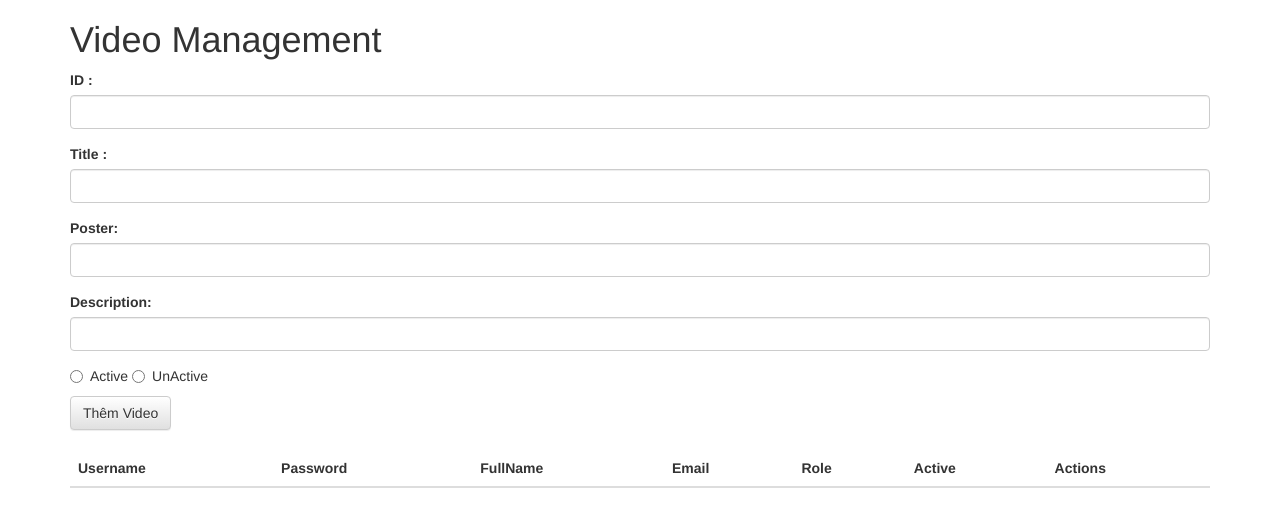
Repository: Hacorbie/Java-Servlet
Page: http://localhost/ASM_JV4/views/User.jsp
An editor plug-in stored every save of this project. The page is shown before and after the next save, followed by the edit.
The browser window is 1280 px wide. The pictures show the whole page.
Some web libraries are served in a nearby version. The page is served by Tomcat 9. The template is opened directly, without the code that normally fills it, so the values that code supplies are empty.

Above is the page before, as saved 2023-04-09 12:23:23.

After the next save:
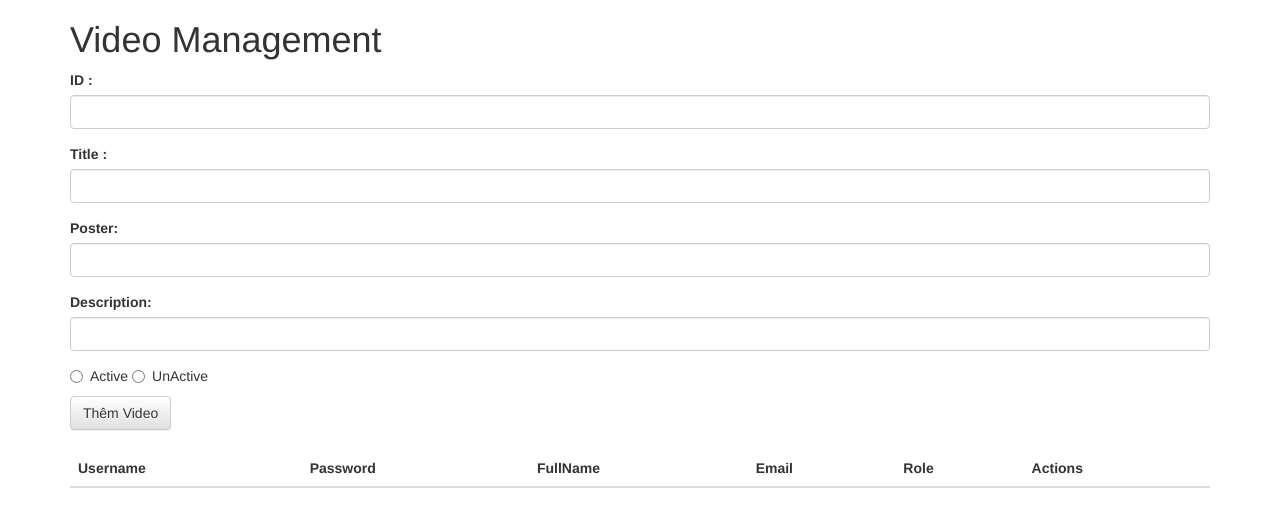
Saved 7 s later.
--- a/ASM_JV4/src/main/webapp/views/User.jsp
+++ b/ASM_JV4/src/main/webapp/views/User.jsp
@@ -51,7 +51,6 @@
 					<th>FullName</th>
 					<th>Email</th>
 					<th>Role</th>
-					<th>Active</th>
 					<th>Actions</th>
 				</tr>
 			</thead>
